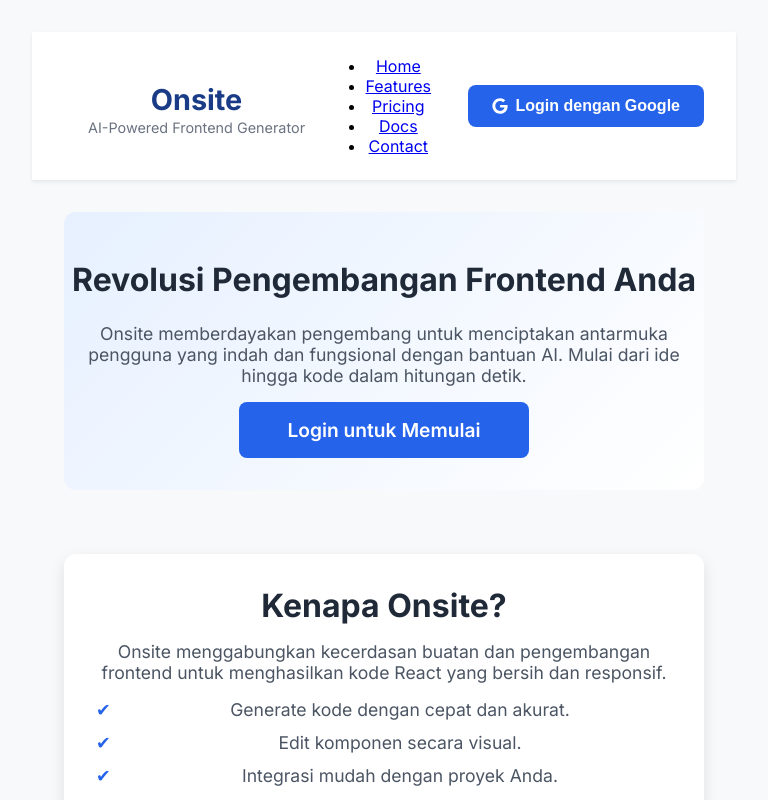
Repository: arifsoul/onsite
Page: / (app in onsite/)
The author's editor kept a copy of each file at every save. The page is drawn from the files as they stood at one save, then again after the next save.
The browser window is 768 px wide. The pictures show the whole page.
An inner scrolling area shows only its first screen. The project was rebuilt for these pictures with package versions that can differ from the ones it lists, and the page was loaded fresh each time. Also part of the build but not shown: onsite/vite.config.js, onsite/src/components/Editor/CSSPanel.jsx, onsite/src/components/Editor/JSPanel.jsx, onsite/src/components/Editor/ComponentEditor.css, onsite/src/components/Editor/ComponentEditor.jsx, onsite/src/components/Preview/LivePreview.css, onsite/src/components/Preview/LivePreview.jsx, onsite/src/pages/Editor.css and 3 more.

Above is the page before, as saved 2025-04-14 17:31:12.

### onsite/src/index.css
/* src/index.css */
@import url('https://fonts.googleapis.com/css2?family=Inter:wght@400;600;700&display=swap');

* {
  margin: 0;
  padding: 0;
  box-sizing: border-box;
}

html, body {
  height: 100%;
  width: 100%;
  overflow-x: hidden; /* Mencegah scroll horizontal */
}

body {
  font-family: 'Inter', sans-serif;
  background-color: #f8f9fa;
}

#root {
  display: flex;
  flex-direction: column;
  min-height: 100vh;
  width: 100%;
}

### onsite/src/App.jsx
import { BrowserRouter as Router, Routes, Route } from 'react-router-dom';
import { Auth0Provider } from '@auth0/auth0-react';
import { CodeProvider } from './context/CodeContext';
import Home from './pages/Home';
import Editor from './pages/Editor';
import Login from './pages/Login';
import './App.css';

function App() {
  return (
    <Auth0Provider
      domain={import.meta.env.VITE_AUTH0_DOMAIN}
      clientId={import.meta.env.VITE_AUTH0_CLIENT_ID}
      redirectUri={window.location.origin}
    >
      <CodeProvider>
        <Router>
          <Routes>
            <Route path="/" element={<Home />} />
            <Route path="/login" element={<Login />} />
            <Route path="/editor" element={<Editor />} />
          </Routes>
        </Router>
      </CodeProvider>
    </Auth0Provider>
  );
}

export default App;

### onsite/src/context/CodeContext.jsx
import { createContext, useState, useContext } from 'react';

const CodeContext = createContext();

export const CodeProvider = ({ children }) => {
  const [generatedCode, setGeneratedCode] = useState({
    html: '',
    css: '',
    js: '',
  });
  const [components, setComponents] = useState([]);

  const updateComponent = (id, updates) => {
    setComponents((prev) =>
      prev.map((comp) =>
        comp.id === id ? { ...comp, ...updates } : comp
      )
    );
  };

  return (
    <CodeContext.Provider
      value={{ generatedCode, setGeneratedCode, components, setComponents, updateComponent }}
    >
      {children}
    </CodeContext.Provider>
  );
};

export const useCode = () => useContext(CodeContext);

### onsite/src/pages/Home.jsx
import React, { useState } from 'react';
import { useAuth0 } from '@auth0/auth0-react';
import AIGenerator from '../components/Generator/AIGenerator';
import GoogleLogin from '../components/Auth/GoogleLogin';
import { Link } from 'react-router-dom';
import './Home.css';

const Home = () => {
  const { isAuthenticated } = useAuth0();

  const [htmlCode, setHtmlCode] = useState('<h1>Hello World</h1>');
  const [cssCode, setCssCode] = useState('h1 { color: blue; }');
  const [jsCode, setJsCode] = useState('console.log("Hello World");');
  const [activeTab, setActiveTab] = useState('html');

  const iframeCode = `
<html>
<head>
<style>${cssCode}</style>
</head>
<body>
${htmlCode}
<script>${jsCode}</script>
</body>
</html>
  `.trim();

  return (
    <div className="home-container">
      <header className="home-header">
        <div className="logo">
          <h1>Onsite</h1>
          <span>AI-Powered Frontend Generator</span>
        </div>
        <nav className="nav-menu">
          <ul>
            <li><Link to="/">Home</Link></li>
            <li><Link to="/features">Features</Link></li>
            <li><Link to="/pricing">Pricing</Link></li>
            <li><Link to="/docs">Docs</Link></li>
            <li><Link to="/contact">Contact</Link></li>
          </ul>
        </nav>
        <GoogleLogin />
      </header>
      <main className="home-main">
        <section className="hero-section">
          <h2>Revolusi Pengembangan Frontend Anda</h2>
          <p>
            Onsite memberdayakan pengembang untuk menciptakan antarmuka pengguna yang indah dan fungsional dengan bantuan AI.
            Mulai dari ide hingga kode dalam hitungan detik.
          </p>
          <Link to={isAuthenticated ? '/editor' : '/login'} className="hero-cta">
            {isAuthenticated ? 'Mulai Mengedit Sekarang' : 'Login untuk Memulai'}
          </Link>
        </section>
        <section className="description-section">
          <h2>Kenapa Onsite?</h2>
          <p>
            Onsite menggabungkan kecerdasan buatan dan pengembangan frontend untuk menghasilkan kode React yang bersih dan responsif.
          </p>
          <ul>
            <li>Generate kode dengan cepat dan akurat.</li>
            <li>Edit komponen secara visual.</li>
            <li>Integrasi mudah dengan proyek Anda.</li>
          </ul>
        </section>
        <section className="code-playground">
          <div className="generator-section">
            <h3>AI Generator</h3>
            <AIGenerator
              onGenerate={(html, css, js) => {
                setHtmlCode(html);
                setCssCode(css);
                setJsCode(js);
              }}
            />
          </div>
          <div className="preview-section">
            <h3>Preview</h3>
            <iframe
              srcDoc={iframeCode}
              className="preview-iframe"
              sandbox="allow-scripts"
              title="Live Preview"
            />
          </div>
          <div className="editor-section">
            <h3>Code Editor</h3>
            <div className="tabs">
              <button
                className={activeTab === 'html' ? 'active' : ''}
                onClick={() => setActiveTab('html')}
              >
                HTML
              </button>
              <button
                className={activeTab === 'css' ? 'active' : ''}
                onClick={() => setActiveTab('css')}
              >
                CSS
              </button>
              <button
                className={activeTab === 'js' ? 'active' : ''}
                onClick={() => setActiveTab('js')}
              >
                JS
              </button>
            </div>
            <div className="code-editor">
              {activeTab === 'html' && (
                <textarea
                  value={htmlCode}
                  onChange={(e) => setHtmlCode(e.target.value)}
                  placeholder="Enter HTML code here..."
                />
              )}
              {activeTab === 'css' && (
                <textarea
                  value={cssCode}
                  onChange={(e) => setCssCode(e.target.value)}
                  placeholder="Enter CSS code here..."
                />
              )}
              {activeTab === 'js' && (
                <textarea
                  value={jsCode}
                  onChange={(e) => setJsCode(e.target.value)}
                  placeholder="Enter JavaScript code here..."
                />
              )}
            </div>
          </div>
        </section>
        <section className="features-section">
          <h2>Features</h2>
          <p>Jelajahi fitur-fitur canggih dari Onsite.</p>
        </section>
        <section className="pricing-section">
          <h2>Pricing</h2>
          <p>Pilih paket yang sesuai dengan kebutuhan Anda.</p>
        </section>
        <section className="docs-section">
          <h2>Docs</h2>
          <p>Pelajari cara menggunakan Onsite dengan dokumentasi lengkap kami.</p>
        </section>
        <section className="contact-section">
          <h2>Contact</h2>
          <p>Hubungi kami untuk dukungan atau pertanyaan.</p>
        </section>
      </main>
      <footer className="home-footer">
        <p>© 2025 Onsite. All rights reserved.</p>
      </footer>
    </div>
  );
};

export default Home;

### onsite/src/components/Generator/AIGenerator.jsx
import { useState } from 'react';
import { useCode } from '../../context/CodeContext';
import { generateCode } from '../../services/deepseekApi';
import './AIGenerator.css';

const AIGenerator = () => {
  const [prompt, setPrompt] = useState('');
  const [error, setError] = useState(null);
  const { setGeneratedCode, setComponents } = useCode();

  const handleGenerate = async () => {
    try {
      setError(null);
      const response = await generateCode(prompt);
      const { html, css, js, components } = response.data;
      setGeneratedCode({ html, css, js });
      setComponents(components || []);
    } catch (error) {
      setError('Gagal menghasilkan kode.');
    }
  };

  return (
    <div className="generator-container">
      <textarea
        value={prompt}
        onChange={(e) => setPrompt(e.target.value)}
        placeholder="Tulis deskripsi UI Anda di sini..."
        className="prompt-input code-editor"
      />
      <button onClick={handleGenerate} className="generate-btn">
        Generate Kode
      </button>
      {error && <p className="error-message">{error}</p>}
    </div>
  );
};

export default AIGenerator;

### onsite/src/components/Auth/GoogleLogin.jsx
import { useAuth0 } from '@auth0/auth0-react';
import { FaGoogle } from 'react-icons/fa';
import './GoogleLogin.css';

const GoogleLogin = () => {
  const { loginWithRedirect, isAuthenticated, user, logout } = useAuth0();

  return (
    <div>
      {isAuthenticated ? (
        <div className="user-info">
          <img src={user?.picture} alt={user?.name} />
          <span>{user?.name}</span>
          <button
            className="logout-btn"
            onClick={() => logout({ returnTo: window.location.origin })}
          >
            Logout
          </button>
        </div>
      ) : (
        <button
          className="google-login-btn"
          onClick={() => loginWithRedirect({ connection: 'google-oauth2' })}
        >
          <FaGoogle /> Login dengan Google
        </button>
      )}
    </div>
  );
};

export default GoogleLogin;

### onsite/src/pages/Home.css
.home-container {
    display: flex;
    flex-direction: column;
    min-height: 100vh;
    width: 100%;
    background-color: #f8f9fa;
  }

  .home-header {
    display: flex;
    justify-content: space-between;
    align-items: center;
    padding: 1.5rem 2rem;
    background-color: #ffffff;
    box-shadow: 0 2px 4px rgba(0, 0, 0, 0.08);
  }

  .logo h1 {
    font-size: 1.8rem;
    color: #1a3c87;
  }

  .logo span {
    font-size: 0.9rem;
    color: #6b7280;
  }

  .home-main {
    flex: 1;
    padding: 2rem;
    max-width: 1400px;
    margin: 0 auto;
    width: 100%;
  }

  .hero-section {
    text-align: center;
    margin-bottom: 4rem;
    padding: 3rem 0;
    background: linear-gradient(135deg, #e6f0ff 0%, #ffffff 100%);
    border-radius: 12px;
  }

  .hero-section h2 {
    font-size: 3rem;
    color: #1f2937;
    margin-bottom: 1.5rem;
  }

  .hero-section p {
    font-size: 1.3rem;
    color: #4b5563;
    max-width: 800px;
    margin: 0 auto 2rem;
  }

  .hero-cta {
    padding: 1rem 3rem;
    background-color: #2563eb;
    color: #ffffff;
    text-decoration: none;
    border-radius: 8px;
    font-size: 1.2rem;
    font-weight: 600;
  }

  .hero-cta:hover {
    background-color: #1d4ed8;
  }

  .description-section {
    background-color: #ffffff;
    border-radius: 12px;
    box-shadow: 0 6px 16px rgba(0, 0, 0, 0.1);
    padding: 2rem;
    margin-bottom: 2rem;
  }

  .description-section h2 {
    font-size: 2rem;
    color: #1f2937;
    margin-bottom: 1rem;
  }

  .description-section p {
    font-size: 1.1rem;
    color: #4b5563;
    margin-bottom: 1rem;
  }

  .description-section ul {
    list-style: none;
  }

  .description-section li {
    font-size: 1.1rem;
    color: #4b5563;
    margin-bottom: 0.75rem;
    padding-left: 2rem;
    position: relative;
  }

  .description-section li::before {
    content: '✔';
    position: absolute;
    left: 0;
    color: #2563eb;
  }

  .code-playground {
    display: flex;
    flex-direction: column;
    gap: 2rem;
  }

  .generator-section,
  .preview-section,
  .editor-section {
    background-color: #ffffff;
    border-radius: 12px;
    box-shadow: 0 6px 16px rgba(0, 0, 0, 0.1);
    padding: 2rem;
  }

  .generator-section h3,
  .preview-section h3,
  .editor-section h3 {
    font-size: 1.8rem;
    color: #1f2937;
    margin-bottom: 1.5rem;
  }

  .preview-iframe {
    width: 100%;
    height: 400px;
    border: none;
    border-radius: 8px;
    background-color: #fff;
  }

  .tabs {
    display: flex;
    gap: 0.5rem;
    margin-bottom: 1rem;
  }

  .tabs button {
    padding: 0.5rem 1rem;
    background-color: #e5e7eb;
    border: none;
    cursor: pointer;
    border-radius: 4px;
    font-size: 1rem;
    transition: background-color 0.2s;
  }

  .tabs button.active {
    background-color: #2563eb;
    color: #ffffff;
  }

  .tabs button:hover:not(.active) {
    background-color: #d1d5db;
  }

  .code-editor textarea {
    width: 100%;
    height: 200px;
    font-family: 'Courier New', Courier, monospace;
    font-size: 1rem;
    padding: 1rem;
    border: 1px solid #d1d5db;
    border-radius: 4px;
    resize: vertical;
    background-color: #f9fafb;
    color: #1f2937;
  }

  .code-editor textarea:focus {
    outline: none;
    border-color: #2563eb;
    box-shadow: 0 0 0 2px rgba(37, 99, 235, 0.2);
  }

  .home-footer {
    text-align: center;
    padding: 2rem;
    background-color: #ffffff;
    border-top: 1px solid #e5e7eb;
    color: #6b7280;
  }

  @media (max-width: 768px) {
    .hero-section h2 {
      font-size: 2rem;
    }

    .hero-section p {
      font-size: 1.1rem;
    }

    .preview-iframe {
      height: 300px;
    }

    .code-editor textarea {
      height: 150px;
    }
  }

### onsite/src/services/deepseekApi.js
import axios from 'axios';

const API_KEY = import.meta.env.VITE_DEEPSEEK_API_KEY;
const BASE_URL = 'https://api.deepseek.com';

export const generateCode = async (prompt) => {
  if (!API_KEY) {
    throw new Error('DeepSeek API key is missing. Please set VITE_DEEPSEEK_API_KEY in .env.');
  }

  if (!prompt || prompt.trim() === '') {
    throw new Error('Prompt cannot be empty.');
  }

  try {
    const response = await axios.post(
      `${BASE_URL}/chat/completions`,
      {
        model: 'deepseek-chat',
        messages: [
          {
            role: 'system',
            content:
              'You are an AI that generates React component code (HTML, CSS, JS) based on user descriptions. Return structured JSON with html, css, js, and components array.',
          },
          { role: 'user', content: prompt },
        ],
        stream: false,
      },
      {
        headers: {
          'Content-Type': 'application/json',
          Authorization: `Bearer ${API_KEY}`,
        },
      }
    );
    return response;
  } catch (error) {
    console.error('DeepSeek API Error:', {
      message: error.message,
      status: error.response?.status,
      data: error.response?.data,
    });
    throw new Error(
      error.response?.data?.error?.message || 'Failed to generate code. Please check API key and network.'
    );
  }
};

### onsite/src/components/Generator/AIGenerator.css
.generator-container {
  display: flex;
  flex-direction: column;
  gap: 1.5rem;
  height: 100%;
}

.prompt-input.code-editor {
  width: 100%;
  min-height: 250px;
  padding: 1.5rem;
  border: 1px solid #d1d5db;
  border-radius: 8px;
  font-family: 'Courier New', Courier, monospace;
  font-size: 1rem;
  background-color: #f9fafb;
  color: #1f2937;
  resize: vertical;
}

.prompt-input:focus {
  border-color: #2563eb;
  outline: none;
}

.generate-btn {
  padding: 0.75rem 1.5rem;
  background-color: #2563eb;
  color: #ffffff;
  border: none;
  border-radius: 8px;
  font-weight: 600;
}

.generate-btn:hover {
  background-color: #1d4ed8;
}

.error-message {
  color: #dc2626;
  font-size: 0.9rem;
}

### onsite/src/components/Auth/GoogleLogin.css
/* src/components/Auth/GoogleLogin.css */
.google-login-btn {
  display: flex;
  align-items: center;
  gap: 0.5rem;
  padding: 0.75rem 1.5rem;
  background-color: #2563eb;
  color: #ffffff;
  border: none;
  border-radius: 8px;
  font-size: 1rem;
  font-weight: 600;
  cursor: pointer;
  transition: background-color 0.2s;
}

.google-login-btn:hover {
  background-color: #1d4ed8;
}

.user-info {
  display: flex;
  align-items: center;
  gap: 0.75rem;
}

.user-info img {
  border-radius: 50%;
  width: 36px;
  height: 36px;
}

.user-info span {
  font-size: 1rem;
  color: #1f2937;
}

.logout-btn {
  padding: 0.5rem 1rem;
  background-color: #dc2626;
  color: #ffffff;
  border: none;
  border-radius: 8px;
  font-size: 0.9rem;
  font-weight: 600;
  cursor: pointer;
  transition: background-color 0.2s;
}

.logout-btn:hover {
  background-color: #b91c1c;
}

Loaded but not shown: onsite/index.html (common file); onsite/src/main.jsx (common file); onsite/src/App.css (common file)

After the next save:
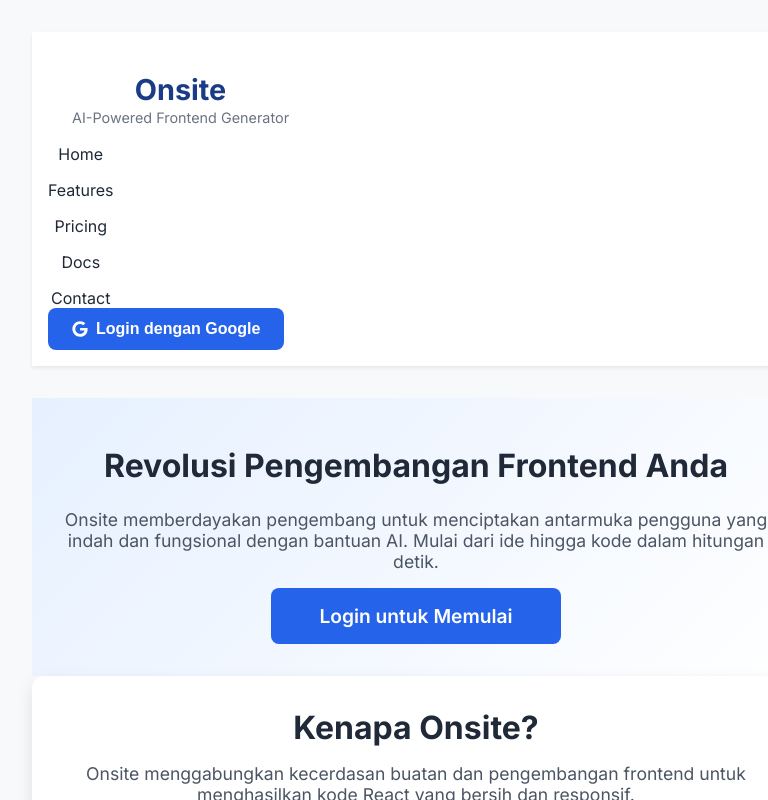
Saved 8 s later.
--- a/onsite/src/pages/Home.css
+++ b/onsite/src/pages/Home.css
@@ -2,7 +2,9 @@
     display: flex;
     flex-direction: column;
     min-height: 100vh;
-    width: 100%;
+    width: 100vw; /* Full viewport width */
+    margin: 0;
+    padding: 0;
     background-color: #f8f9fa;
   }
 
@@ -13,11 +15,13 @@
     padding: 1.5rem 2rem;
     background-color: #ffffff;
     box-shadow: 0 2px 4px rgba(0, 0, 0, 0.08);
+    width: 100%;
   }
 
   .logo h1 {
     font-size: 1.8rem;
     color: #1a3c87;
+    margin: 0;
   }
 
   .logo span {
@@ -25,20 +29,36 @@
     color: #6b7280;
   }
 
+  .nav-menu ul {
+    list-style: none;
+    display: flex;
+    gap: 1.5rem;
+    margin: 0;
+    padding: 0;
+  }
+
+  .nav-menu a {
+    text-decoration: none;
+    color: #1f2937;
+    font-weight: 500;
+  }
+
+  .nav-menu a:hover {
+    color: #2563eb;
+  }
+
   .home-main {
     flex: 1;
-    padding: 2rem;
-    max-width: 1400px;
-    margin: 0 auto;
-    width: 100%;
+    padding: 2rem 0;
+    width: 100%;
+    margin: 0;
   }
 
   .hero-section {
     text-align: center;
-    margin-bottom: 4rem;
-    padding: 3rem 0;
+    padding: 3rem 2rem;
     background: linear-gradient(135deg, #e6f0ff 0%, #ffffff 100%);
-    border-radius: 12px;
+    width: 100%;
   }
 
   .hero-section h2 {
@@ -50,7 +70,6 @@
   .hero-section p {
     font-size: 1.3rem;
     color: #4b5563;
-    max-width: 800px;
     margin: 0 auto 2rem;
   }
 
@@ -68,28 +87,43 @@
     background-color: #1d4ed8;
   }
 
-  .description-section {
+  .description-section,
+  .code-playground,
+  .features-section,
+  .pricing-section,
+  .docs-section,
+  .contact-section {
+    padding: 2rem;
     background-color: #ffffff;
     border-radius: 12px;
     box-shadow: 0 6px 16px rgba(0, 0, 0, 0.1);
-    padding: 2rem;
+    width: 100%;
     margin-bottom: 2rem;
   }
 
-  .description-section h2 {
+  .description-section h2,
+  .code-playground h3,
+  .features-section h2,
+  .pricing-section h2,
+  .docs-section h2,
+  .contact-section h2 {
     font-size: 2rem;
     color: #1f2937;
     margin-bottom: 1rem;
   }
 
-  .description-section p {
+  .description-section p,
+  .features-section p,
+  .pricing-section p,
+  .docs-section p,
+  .contact-section p {
     font-size: 1.1rem;
     color: #4b5563;
-    margin-bottom: 1rem;
   }
 
   .description-section ul {
     list-style: none;
+    padding: 0;
   }
 
   .description-section li {
@@ -120,14 +154,7 @@
     border-radius: 12px;
     box-shadow: 0 6px 16px rgba(0, 0, 0, 0.1);
     padding: 2rem;
-  }
-
-  .generator-section h3,
-  .preview-section h3,
-  .editor-section h3 {
-    font-size: 1.8rem;
-    color: #1f2937;
-    margin-bottom: 1.5rem;
+    width: 100%;
   }
 
   .preview-iframe {
@@ -151,7 +178,6 @@
     cursor: pointer;
     border-radius: 4px;
     font-size: 1rem;
-    transition: background-color 0.2s;
   }
 
   .tabs button.active {
@@ -188,9 +214,22 @@
     background-color: #ffffff;
     border-top: 1px solid #e5e7eb;
     color: #6b7280;
+    width: 100%;
   }
 
   @media (max-width: 768px) {
+    .home-header {
+      flex-direction: column;
+      align-items: flex-start;
+      padding: 1rem;
+    }
+
+    .nav-menu ul {
+      flex-direction: column;
+      gap: 1rem;
+      width: 100%;
+    }
+
     .hero-section h2 {
       font-size: 2rem;
     }
